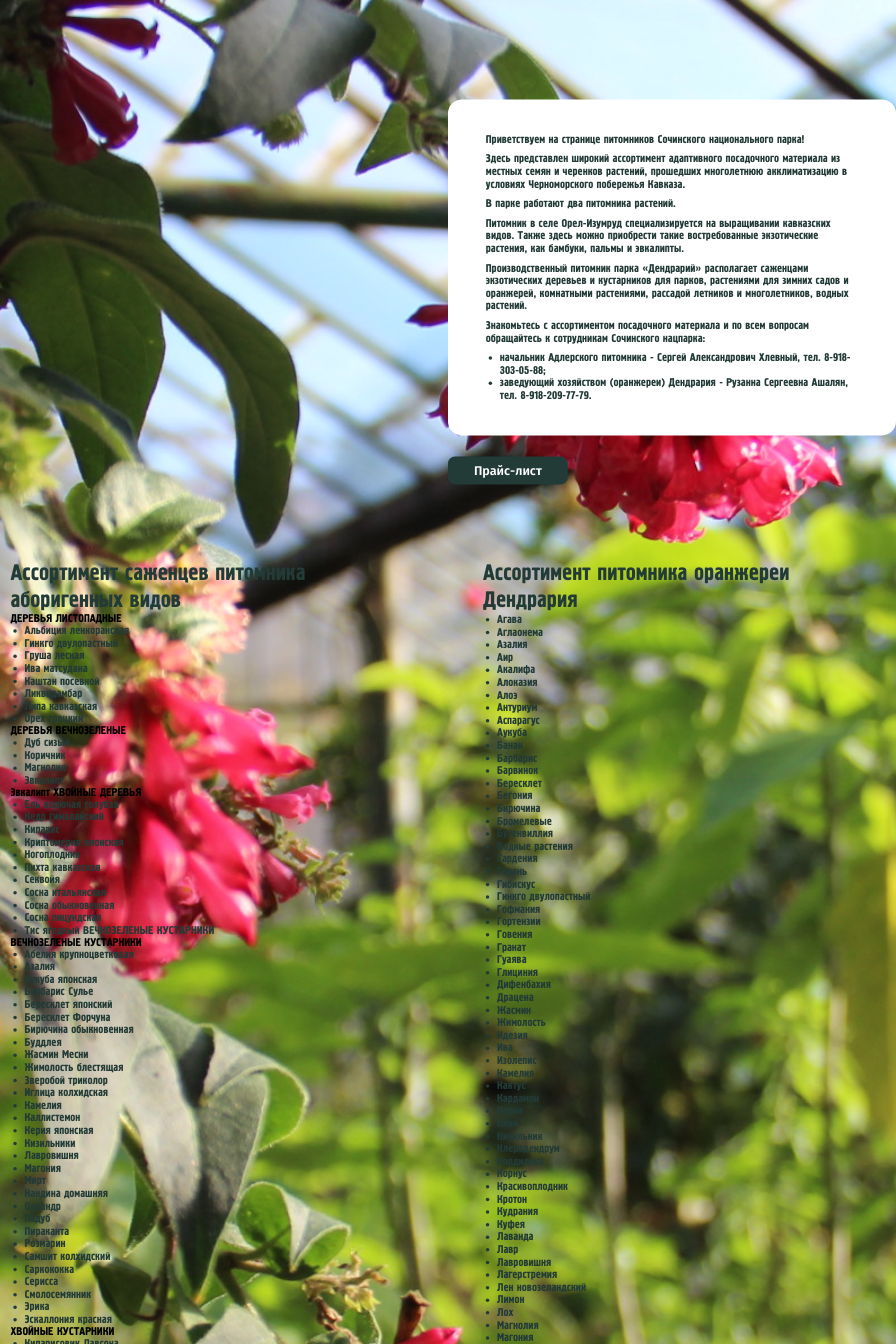
Repository: sem1103/np-sochi
Page: index.html
An editor plug-in stored every save of this project. The page is shown before and after the next save, followed by the edit.
The browser window is 1280 px wide. The pictures show the part of the page from y = 0 to 1920 px (the page is 2784 px tall before and 2802 px after), at 70% of full size.

Above is the page before, as saved 2024-01-17 22:09:20.

After the next save:
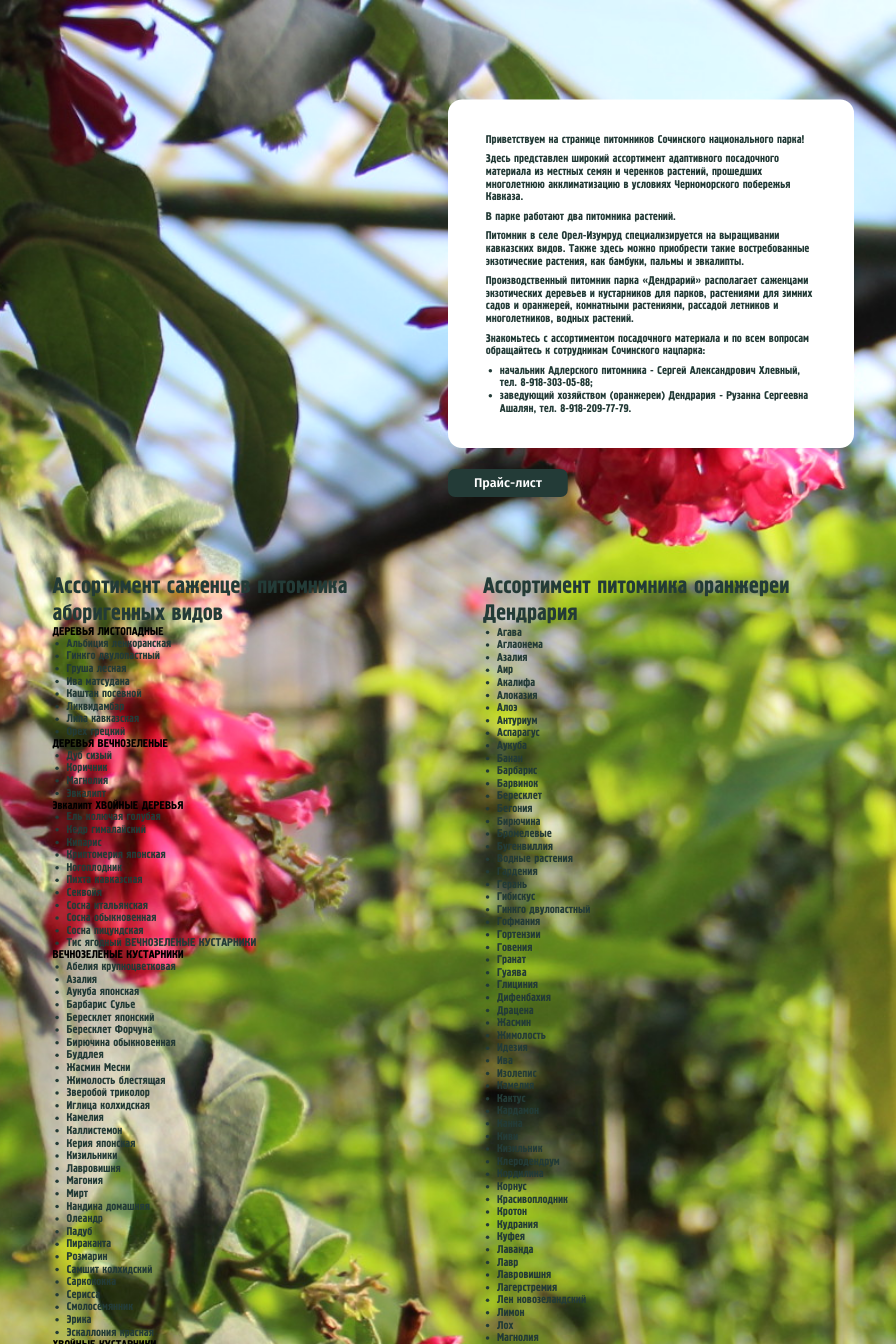
Saved 25 s later.
--- a/styles/main.css
+++ b/styles/main.css
@@ -7,10 +7,7 @@
 
 }
 
-.container{
-    max-width: 1652px;
-    margin: 0 auto;
-}
+
 main{
     background: url(../img/main-bg.png) center/cover;
 }

After the save that followed:
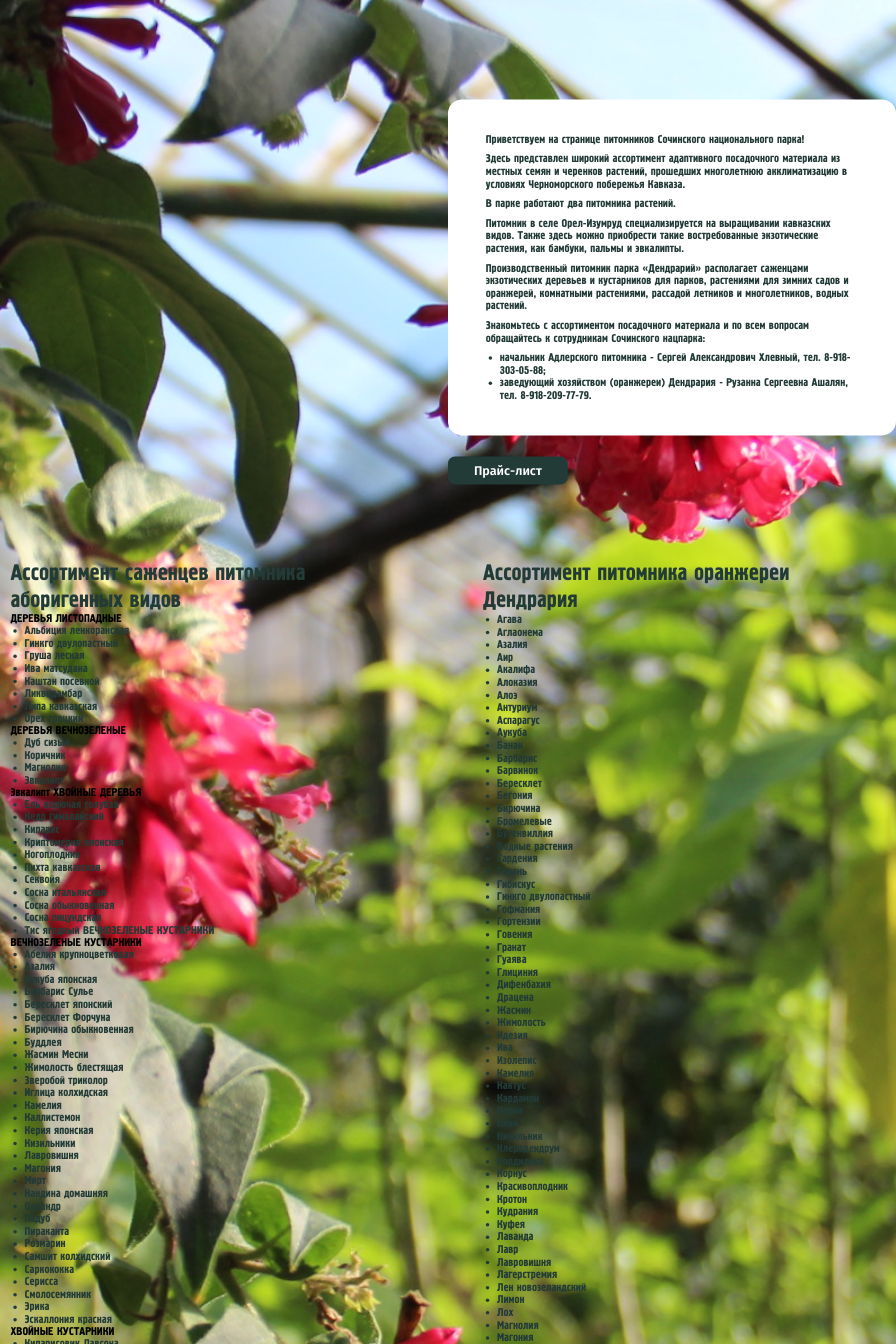
Saved 2 s later.
--- a/styles/reset.css
+++ b/styles/reset.css
@@ -162,7 +162,7 @@ a:hover {
 }
 
 .container{
-    max-width: 1160px;
+    max-width: 1652px;
     margin: auto;
     padding: 0 15px;
 }
